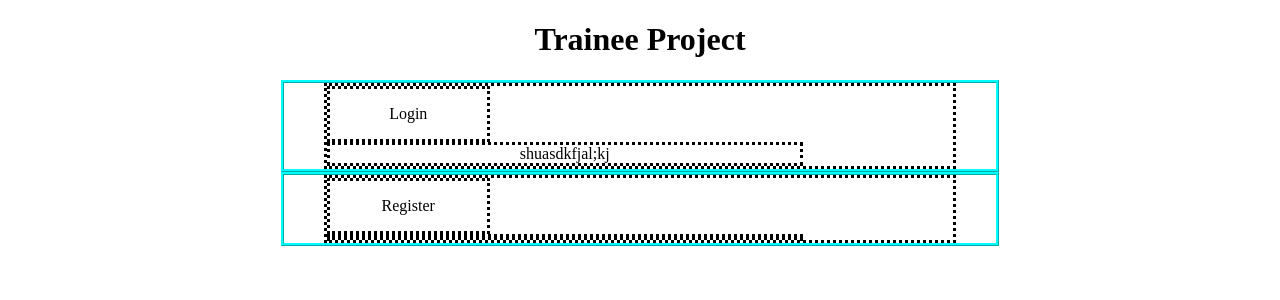
Repository: LsCodeMaster/Training
Page: Trainee/WebContent/trainee.html
The author's editor kept a copy of each file at every save. The page is drawn from the files as they stood at one save, then again after the next save.
The browser window is 1280 px wide. The pictures show the whole page.

Above is the page before, as saved 2015-09-15 10:29:42.

After the next save:
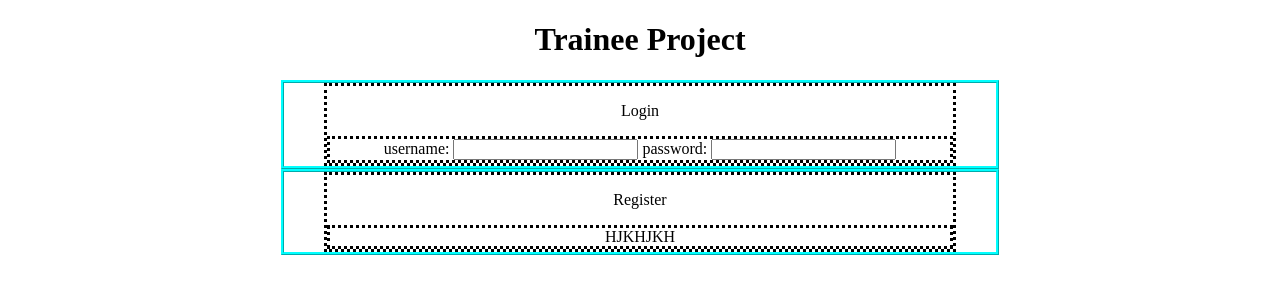
Saved 74 s later.
--- a/Trainee/WebContent/trainee.html
+++ b/Trainee/WebContent/trainee.html
@@ -9,20 +9,20 @@
 	<h1>Trainee Project</h1>
 	<div class="centeredBox">
 		<div>
-			<div class="loginType">
-				<p>Login</p>
-			</div>
-			<div class="loginInfo">
-				shuasdkfjal;kj
+			<p>Login</p>
+			<div class="center">
+				<form>
+					username: <input type="text">
+					password: <input type="password">
+				</form>
 			</div>
 		</div>
 	</div>
 	<div class="centeredBox">
 		<div>
-			<div class="loginType">
-				<p>Register</p>
-			</div>
-			<div class="loginInfo">
+			<p>Register</p>
+			<div class="center">
+					HJKHJKH
 			</div>
 		</div>
 	</div>
